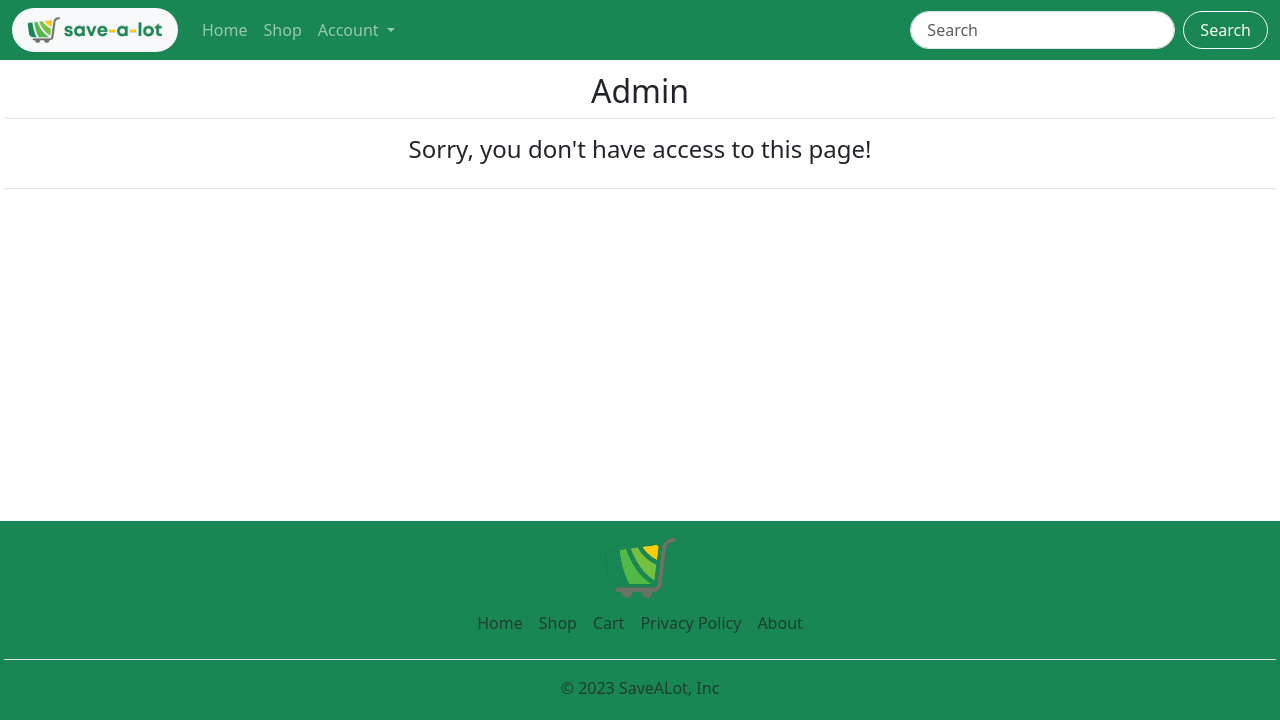
Repository: bill071194/savealot
Page: savealot/resources/views/admin.blade.php
The author's editor kept a record of every edit. The page is drawn from the files as they stood at one moment, then again after the next edit.
The browser window is 1280 px wide. The pictures show the whole page.
Some web libraries are served in a nearby version. The page is served by the project's Laravel application, run on PHP 8.4 with Laravel 10. Other server files are loaded and not shown. The template is opened directly, without the code that normally fills it, so the values that code supplies are empty.

Above is the page before.

### savealot/routes/web.php
<?php

use Illuminate\Support\Facades\Route;
use App\Http\Controllers\Auth\LoginController;
use App\Http\Controllers\Auth\RegisterController;
use App\Http\Controllers\InventoryController;
use App\Http\Controllers\OrderController;

/*
|--------------------------------------------------------------------------
| Web Routes
|--------------------------------------------------------------------------
|
| Here is where you can register web routes for your application. These
| routes are loaded by the RouteServiceProvider and all of them will
| be assigned to the "web" middleware group. Make something great!
|
*/

// Adding more default view in //
// Route::view('/index', 'index');
Route::view('/shop', 'shop');
Route::view('/login', 'login');
Route::view('/register', 'register');
// Route::view('/cart', 'cart');
Route::view('/admin', 'admin');
// Route::get('/{page}', function (string $page) {
//     return view("$page");
// });
// These might all be phased out later //



// Route::get('/', function () {
//     return view('index.html');
// });

// Route::get('/', function () {
//     return view('index');
// });

Auth::routes();

Route::get('/home', [App\Http\Controllers\HomeController::class, 'index'])->name('home');

// Route::resource('inventory',InventoryController::class)
//     ->only(['index']);

// Route::get('/inventory', [App\Http\Controllers\InventoryController::class, 'index']);
// Route::get('/inventory/{id}', [App\Http\Controllers\InventoryController::class, 'show']);
Route::get('/shop', [App\Http\Controllers\InventoryController::class, 'shop']);


Route::controller(InventoryController::class)->group(function () {
    Route::get('/', 'homepage');
    Route::get('/index', 'homepage');
    Route::get('/inventory', 'index');
    Route::get('/inventory/create', 'create');
    Route::post('/inventory/create', 'store');
    Route::get('/inventory/{id}', 'edit');
    Route::post('/inventory/{id}', 'update');
    Route::post('/inventory/{id}/destroy', 'destroy');
    Route::get('/shop/{id}', 'show');
    Route::post('/shop/{id}/addToCart', 'addToCart');
    Route::post('/shop/{id}/removeFromCart', 'removeFromCart');
    Route::get('/search', 'search');
    Route::get('/cart', 'cart');
    Route::post('/emptyCart', 'emptyCart');
});

Route::controller(OrderController::class)->group(function () {
   Route::post('/cart/checkout', 'checkOut');
});

### savealot/resources/views/admin.blade.php
@extends('layouts.baseAdmin')

@section('title', 'Admin')
@section('adminTitle', 'Admin')
@section('activeAdmin', 'active')

@section('section')
<div class="row">
    <div class="mb-3 border-bottom">
        <div class="text-center w-100 fw-bold mt-4">Revenue Chart</div>
        <canvas class="my-4 w-100" id="revenueChart" width="1430" height="603" style="display: block; box-sizing: border-box; height: 301px; width: 715px;"></canvas>
    </div>
    <div class="mb-3 border-bottom">
        <div class="text-center w-100 fw-bold mt-4">Inventory in Stock</div>
        <canvas class="my-4 w-100" id="inventoryQtyChart" width="1430" height="603" style="display: block; box-sizing: border-box; height: 301px; width: 715px;"></canvas>
        {{$inventory->links()}}
    </div>
    <div class="mb-3 border-bottom">
        <div class="text-center w-100 fw-bold mt-4">New Users</div>
        <canvas class="my-4 w-100" id="UsersChart" width="1430" height="603" style="display: block; box-sizing: border-box; height: 301px; width: 715px;"></canvas>
    </div>
</div>

<script>
(() => {
	'use strict'

	feather.replace({ 'aria-hidden': 'true' })

    var goBackDays = 7;

    var today = new Date();
    var daysSorted = [];

    for(var i = 0; i < goBackDays; i++) {
      var newDate = new Date(today.setDate(today.getDate() - 1));
      daysSorted.push(newDate.toISOString().split('T')[0]);
    }

    var days = daysSorted.reverse();
    var chartData = {!! json_encode($revenueData) !!};

	// Graphs
	const ctx = document.getElementById('revenueChart')
	// eslint-disable-next-line no-unused-vars
	const revenueChart = new Chart(ctx, {
		type: 'line',
		data: {
			labels: days,
			datasets: [{
				data: chartData,
				lineTension: 0.25,
				backgroundColor: 'green',
				borderColor: 'green',
				borderWidth: 4,
				pointBackgroundColor: 'white'
			}]
		},
		options: {
			plugins: {
				legend: {
					display: false
				},
				tooltip: {
					boxPadding: 3
				}
			}
		}
	})
})()
</script>
<script>
    /* globals Chart:false, feather:false */
(() => {
'use strict'

feather.replace({ 'aria-hidden': 'true' })

// Graphs
const ctx = document.getElementById('inventoryQtyChart')
// eslint-disable-next-line no-unused-vars
const inventoryQtyChart = new Chart(ctx, {
    type: 'bar',
    data: {
        labels: [
            @foreach ($inventory as $item)
                "{{$item->prod_name}}",
            @endforeach
        ],
        datasets: [{
            data: [
                @foreach ($inventory as $item)
                    {{$item->prod_quantity}},
                @endforeach
            ],
            lineTension: 0.25,
            backgroundColor: 'green',
            borderColor: 'grey',
            borderWidth: 4,
            pointBackgroundColor: 'green'
        }]
    },
    options: {
        plugins: {
            legend: {
                display: false
            },
            tooltip: {
                boxPadding: 3
            }
        }
    }
})
})()
</script>
<script>
    /* globals Chart:false, feather:false */
(() => {
'use strict'

feather.replace({ 'aria-hidden': 'true' })

var goBackDays = 7;

    var today = new Date();
    var daysSorted = [];

    for(var i = 0; i < goBackDays; i++) {
      var newDate = new Date(today.setDate(today.getDate() - 1));
      daysSorted.push(newDate.toISOString().split('T')[0]);
    }

    var days = daysSorted.reverse();
    var chartData = {!! json_encode($usersData) !!};

	// Graphs
	const ctx = document.getElementById('UsersChart')
	// eslint-disable-next-line no-unused-vars
	const revenueChart = new Chart(ctx, {
		type: 'line',
		data: {
			labels: days,
			datasets: [{
				data: chartData,
				lineTension: 0.25,
				backgroundColor: 'green',
				borderColor: 'green',
				borderWidth: 4,
				pointBackgroundColor: 'yellow'
			}]
		},
    options: {
        plugins: {
            legend: {
                display: false
            },
            tooltip: {
                boxPadding: 3
            }
        }
    }
})
})()
</script>


@endsection

### savealot/resources/views/layouts/baseAdmin.blade.php
@extends('layouts.base1c')

@section('title', 'Save-a-lot Admin')

@section('main')
<h1 class="h2 text-center">@yield('adminTitle')</h1>
<div class="row flex-column flex-md-row justify-content-evenly border-top py-3 border-bottom">
    @isset(Auth::user()->email)
        @if (Auth::user()->email == "saladmin@localhost")
            <nav class="col col-md-2 mb-3 mb-md-0 px-md-2 px-lg-3">
                <ul class="nav flex-row flex-md-column justify-content-between">
                    <li class="nav-item">
                        <a class="nav-link px-0 @yield('activeAdmin')" aria-current="page" href="admin">
                            <svg xmlns="http://www.w3.org/2000/svg" width="24" height="24" viewBox="0 0 24 24" fill="none" stroke="currentColor" stroke-width="2" stroke-linecap="round" stroke-linejoin="round" class="feather feather-home align-text-bottom" aria-hidden="true"><path d="M3 9l9-7 9 7v11a2 2 0 0 1-2 2H5a2 2 0 0 1-2-2z"></path><polyline points="9 22 9 12 15 12 15 22"></polyline></svg>
                            Dashboards
                        </a>
                    </li>
                    <li class="nav-item">
                        <a class="nav-link px-0 @yield('activeOrders')" href="orders">
                            <svg xmlns="http://www.w3.org/2000/svg" width="24" height="24" viewBox="0 0 24 24" fill="none" stroke="currentColor" stroke-width="2" stroke-linecap="round" stroke-linejoin="round" class="feather feather-file align-text-bottom" aria-hidden="true"><path d="M13 2H6a2 2 0 0 0-2 2v16a2 2 0 0 0 2 2h12a2 2 0 0 0 2-2V9z"></path><polyline points="13 2 13 9 20 9"></polyline></svg>
                            Orders
                        </a>
                    </li>
                    <li class="nav-item">
                        <a class="nav-link px-0 @yield('activeInventory')" href="inventory">
                            <svg xmlns="http://www.w3.org/2000/svg" width="24" height="24" viewBox="0 0 24 24" fill="none" stroke="currentColor" stroke-width="2" stroke-linecap="round" stroke-linejoin="round" class="feather feather-shopping-cart align-text-bottom" aria-hidden="true"><circle cx="9" cy="21" r="1"></circle><circle cx="20" cy="21" r="1"></circle><path d="M1 1h4l2.68 13.39a2 2 0 0 0 2 1.61h9.72a2 2 0 0 0 2-1.61L23 6H6"></path></svg>
                            Inventory
                        </a>
                    </li>
                    <li class="nav-item">
                        <a class="nav-link px-0 @yield('activeUsers')" href="users">
                            <svg xmlns="http://www.w3.org/2000/svg" width="24" height="24" viewBox="0 0 24 24" fill="none" stroke="currentColor" stroke-width="2" stroke-linecap="round" stroke-linejoin="round" class="feather feather-users align-text-bottom" aria-hidden="true"><path d="M17 21v-2a4 4 0 0 0-4-4H5a4 4 0 0 0-4 4v2"></path><circle cx="9" cy="7" r="4"></circle><path d="M23 21v-2a4 4 0 0 0-3-3.87"></path><path d="M16 3.13a4 4 0 0 1 0 7.75"></path></svg>
                            Users
                        </a>
                    </li>
                </ul>
            </nav>
            <section class="col-md-10" style="min-height: 50vh;">
                @yield('section')
            </section>
        @else
        <h4 class="text-center">Sorry, you don't have access to this page!</h4>
        @endif
    @else
    <h4 class="text-center">Sorry, you don't have access to this page!</h4>
    @endisset
</div>

@endsection

### savealot/resources/views/layouts/base1c.blade.php
<!DOCTYPE html>
<html lang="en">
<head>
	<title>@yield('title')</title>
	<meta charset="utf-8">
	<meta name="viewport" content="width=device-width, initial-scale=1">
	<!-- CSRF Token -->
    <meta name="csrf-token" content="{{ csrf_token() }}">
	{{-- <link rel="stylesheet" href="https://cdn.jsdelivr.net/npm/bootstrap@5.3.0-alpha1/dist/css/bootstrap.min.css"> --}}
	<link rel="stylesheet" href="bootstrap.css">
	<!-- <link rel="stylesheet" href="https://cdn.jsdelivr.net/npm/bootstrap-icons@1.10.3/font/bootstrap-icons.css"> -->
	<script src="https://cdn.jsdelivr.net/npm/bootstrap@5.3.0-alpha1/dist/js/bootstrap.bundle.min.js"></script>
    <script src="https://cdn.jsdelivr.net/npm/feather-icons@4.28.0/dist/feather.min.js" integrity="sha384-uO3SXW5IuS1ZpFPKugNNWqTZRRglnUJK6UAZ/gxOX80nxEkN9NcGZTftn6RzhGWE" crossorigin="anonymous"></script>
    <script src="https://cdn.jsdelivr.net/npm/chart.js@4.2.1/dist/chart.umd.min.js" integrity="sha384-gdQErvCNWvHQZj6XZM0dNsAoY4v+j5P1XDpNkcM3HJG1Yx04ecqIHk7+4VBOCHOG" crossorigin="anonymous"></script>
</head>
<body class="min-vh-100 d-flex flex-column">
	<nav class="navbar navbar-expand-sm navbar-dark bg-success fixed-top">
		<div class="container-fluid align-middle">
			<a class="navbar-brand badge text-bg-light text-success fs-5 rounded-5" href="index">
			    <img src="pics/savealot_full.png" alt="savealot_logo" style="width:140px;height:30px;">
			</a>
            <button class="navbar-toggler" type="button" data-bs-toggle="collapse" data-bs-target="#navbarSupportedContent" aria-controls="navbarSupportedContent" aria-expanded="false" aria-label="Toggle navigation">
                <span class="navbar-toggler-icon"></span>
			</button>
			<div class="collapse navbar-collapse" id="navbarSupportedContent">
                <ul class="navbar-nav me-auto">
                    <li class="nav-item">
                        <a class="nav-link @yield('activeHome')" aria-current="page" href="index">Home</a>
                    </li>
                    <li class="nav-item">
                        <a class="nav-link @yield('activeShop')" href="shop">Shop</a>
                    </li>
                    <li class="nav-item dropdown">
                        <a class="nav-link dropdown-toggle" href="#" role="button" data-bs-toggle="dropdown" aria-expanded="false">
                            @auth
                                {{Auth::user()->name}}
                            @endauth
                            @guest
                                Account
                            @endguest
                        </a>
                        <ul class="dropdown-menu mb-2">
                            @auth
                                <a class="dropdown-item" href="{{ route('logout') }}"
                                onclick="event.preventDefault();
                                document.getElementById('logout-form').submit();">
                                    {{ __('Logout') }}
                                </a>
                                <form id="logout-form" action="{{ route('logout') }}" method="POST" class="d-none">
                                    @csrf
                                </form>
                            @endauth
                            @guest
                                <li><a class="dropdown-item @yield('activeLogin')" href="/login">Login</a></li>
                                <li><a class="dropdown-item @yield('activeRegister')" href="/register">Register</a></li>
                            @endguest
                            <li><hr class="dropdown-divider"></li>
                            <li><a class="dropdown-item @yield('activeCart')" href="/cart">Cart</a></li>
                            @isset(Auth::user()->email)
                                <li><a class="dropdown-item @yield('activeOrderHistory')" href="/orderhistory">Order History</a></li>
                                @if (Auth::user()->email == "saladmin@localhost")
                                    <li><a class="dropdown-item @yield('activeAdmin')" href="/admin">Admin</a></li>
                                @endif
                            @endisset
                        </ul>
                    </li>
                </ul>
				<form class="d-flex" action="/search" method="get" role="search">
                    <input class="form-control me-2 rounded-5 px-3" type="search" name="search" placeholder="Search" aria-label="Search">
                    <input class="btn btn-outline-light rounded-5 px-3" type="submit" value="Search">
				</form>
			</div>
		</div>
	</nav>

	<main style="margin-top: 3.5rem" class="container-xxl p-3 flex-grow-1">
		@yield('main')
	</main>

	<footer class="container-fluid p-1 bg-success text-center">
		<div style="margin-top: 0.5rem"></div>
		<img src="pics/savealot_cart.png" alt="savealot_logo" style="width:80px;height:70px;">
        <ul class="nav justify-content-center border-bottom pb-3 mb-3">
          <li class="nav-item">
            <a href="home" class="nav-link px-2 text-body-secondary">Home</a>
          </li>
          <li class="nav-item">
            <a href="shop" class="nav-link px-2 text-body-secondary">Shop</a>
          </li>
          <li class="nav-item">
            <a href="cart" class="nav-link px-2 text-body-secondary">Cart</a>
          </li>
          <li class="nav-item">
            <a href="privacy" class="nav-link px-2 text-body-secondary"
              >Privacy Policy</a>
          </li>
          <li class="nav-item">
            <a href="#" class="nav-link px-2 text-body-secondary">About</a>
          </li>
        </ul>
        <p class="text-center text-body-secondary">© 2023 SaveALot, Inc</p>
    </div>
	</footer>

</body>
</html>

Loaded but not shown: savealot/app/Http/Controllers/Auth/ConfirmPasswordController.php (common file); savealot/app/Http/Controllers/Controller.php (common file); savealot/public/bootstrap.css (library)

After the next edit:
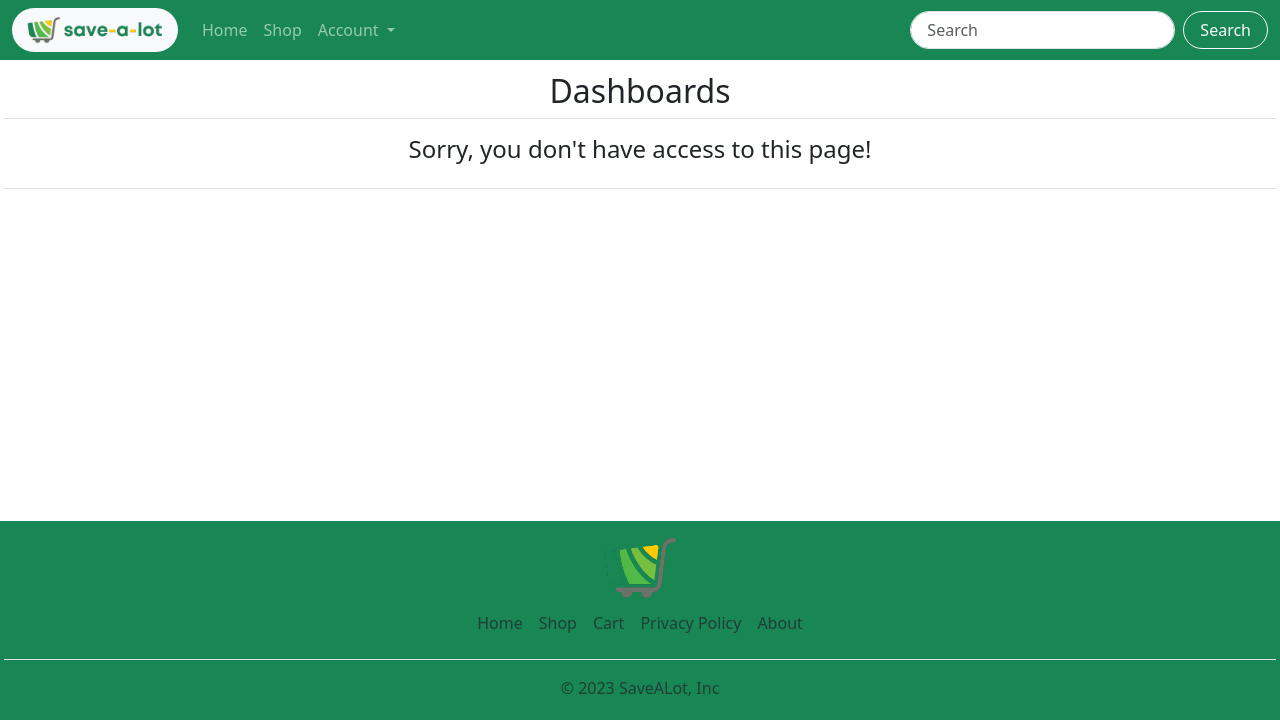
The edit:
--- a/savealot/resources/views/admin.blade.php
+++ b/savealot/resources/views/admin.blade.php
@@ -1,7 +1,7 @@
 @extends('layouts.baseAdmin')
 
-@section('title', 'Admin')
-@section('adminTitle', 'Admin')
+@section('title', 'Save-a-lot Admin')
+@section('adminTitle', 'Dashboards')
 @section('activeAdmin', 'active')
 
 @section('section')
